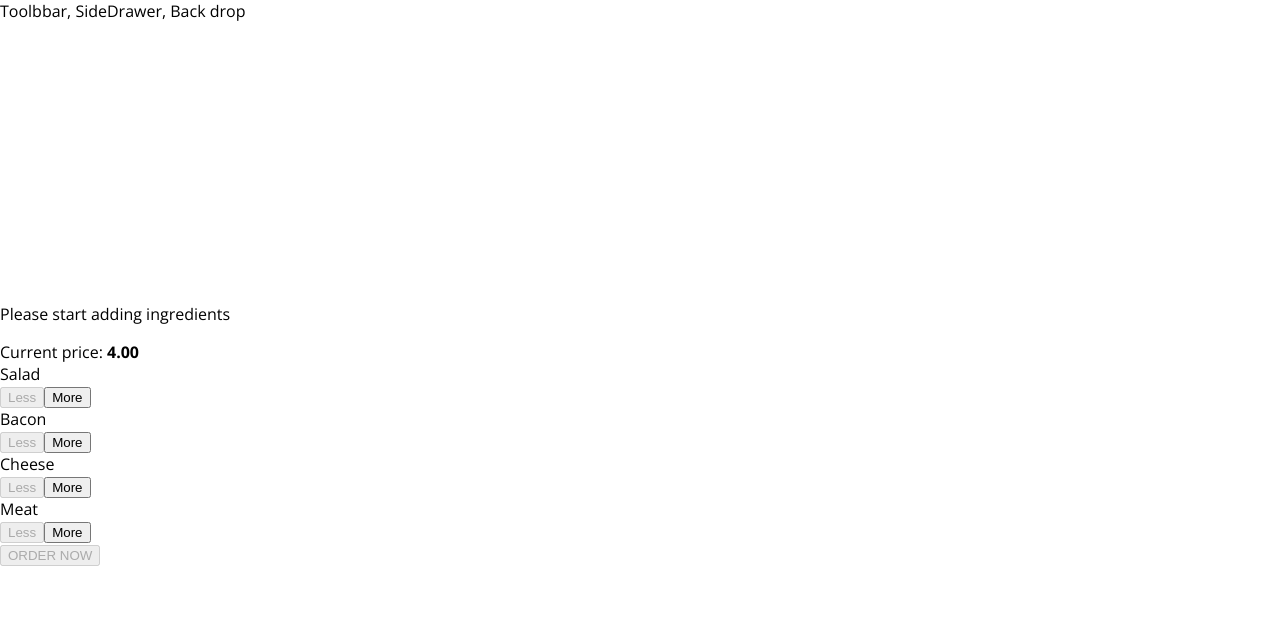
Repository: dunbom6612/burger-builder-app
Page: /checkout/contact-data
These files come from the project's save history. The page is drawn as it stood at one moment and after the next save; the edit follows.
The browser window is 1280 px wide. The pictures show the whole page.
The project was rebuilt for these pictures with package versions that can differ from the ones it lists, and the page was loaded fresh each time. Also part of the build but not shown: src/components/Layout/Layout.css, src/components/Burger/Burgeringredient/Burgeringredient.css, src/components/Burger/Burger.css, src/components/BuildControls/BuildControls.css, src/components/BuildControls/BuildControl/BuildControl.css, src/components/UI/Modal/Modal.css, src/components/UI/Backdrop/Backdrop.css, src/components/UI/Backdrop/Backdrop.js and 1 more.

Above is the page before, as saved 2020-08-01 10:14:18.

### public/index.html
<!DOCTYPE html>
<html lang="en">
  <head>
    <meta charset="utf-8">
    <meta name="viewport" content="width=device-width, initial-scale=1, shrink-to-fit=no">
    <meta name="theme-color" content="#000000">
    <!--
      manifest.json provides metadata used when your web app is added to the
      homescreen on Android. See https://developers.google.com/web/fundamentals/engage-and-retain/web-app-manifest/
    -->
    <link rel="manifest" href="%PUBLIC_URL%/manifest.json">
    <link rel="shortcut icon" href="%PUBLIC_URL%/favicon.ico">
    <!--
      Notice the use of %PUBLIC_URL% in the tags above.
      It will be replaced with the URL of the `public` folder during the build.
      Only files inside the `public` folder can be referenced from the HTML.

      Unlike "/favicon.ico" or "favicon.ico", "%PUBLIC_URL%/favicon.ico" will
      work correctly both with client-side routing and a non-root public URL.
      Learn how to configure a non-root public URL by running `npm run build`.
    -->
    <link href="https://fonts.googleapis.com/css2?family=Open+Sans:wght@400;700&display=swap" rel="stylesheet">
    <title>Huy Burger</title>
  </head>
  <body>
    <noscript>
      You need to enable JavaScript to run this app.
    </noscript>
    <div id="root"></div>
    <!--
      This HTML file is a template.
      If you open it directly in the browser, you will see an empty page.

      You can add webfonts, meta tags, or analytics to this file.
      The build step will place the bundled scripts into the <body> tag.

      To begin the development, run `npm start` or `yarn start`.
      To create a production bundle, use `npm run build` or `yarn build`.
    -->
  </body>
</html>

### src/App.js
import React, { Component } from 'react';
import Layout from './components/Layout/Layout';
import BurgerBuilder from './containers/BurgerBuilder/BurgerBuilder';

class App extends Component {
  render() {
    return (
      <div className="App">
        <Layout>
          <BurgerBuilder />
        </Layout>
      </div>
    );
  }
}

export default App;

### src/components/Layout/Layout.js
import React from "react";
import Aux from "../../hoc/Aux";
import classes from './Layout.css'

const layout = (props) => (
  <Aux>
    <div>Toolbbar, SideDrawer, Back drop</div>
    <main className={classes.Content}>{props.children}</main>
  </Aux>
);

export default layout;

### src/containers/BurgerBuilder/BurgerBuilder.js
import React, { Component } from "react";
import Aux from "../../hoc/Aux";
import Burger from "../../components/Burger/Burger";
import BuildControls from "../../components/BuildControls/BuildControls";
import Modal from '../../components/UI/Modal/Modal';
import OrderSummary from '../../components/Burger/OrderSummary/OrderSummary'

const INGREDIENT_PRICES = {
  salad: 0.5,
  cheese: 0.4,
  meat: 1.3,
  bacon: 0.7,
};
class BurgerBuilder extends Component {
  state = {
    ingredients: {
      salad: 0,
      bacon: 0,
      cheese: 0,
      meat: 0,
    },
    totalPrice: 4,
    purchasable: false,
    purchasing: false
  };

  updatePurchaseState(ingredients) {
    const sum = Object.keys(ingredients).map(igKey => {
      return ingredients[igKey]
    }).reduce((sum,el) => {
      return sum + el
    },0);
    this.setState({purchasable: sum > 0 });
  }

  addIngredientHandler = (type) => {
    const oldCount = this.state.ingredients[type];
    const updatedCount = oldCount + 1;
    const updateIngredients = {
      ...this.state.ingredients,
    };
    updateIngredients[type] = updatedCount;
    const priceAddition = INGREDIENT_PRICES[type];
    const oldPrice = this.state.totalPrice;
    const newPrice = oldPrice + priceAddition;
    this.setState({ totalPrice: newPrice, ingredients: updateIngredients });
    this.updatePurchaseState(updateIngredients);
  };

  removeIngredientHandler = (type) => {
    const oldCount = this.state.ingredients[type];
    if(oldCount <= 0){
        return;
    }
    const updatedCount = oldCount - 1 ;
    const updateIngredients = {
      ...this.state.ingredients,
    };
    updateIngredients[type] = updatedCount;
    const priceDeduction = INGREDIENT_PRICES[type];
    const oldPrice = this.state.totalPrice;
    const newPrice =
      oldPrice > priceDeduction ? oldPrice - priceDeduction : oldPrice;
    this.setState({ totalPrice: newPrice, ingredients: updateIngredients });
    this.updatePurchaseState(updateIngredients);
  };

  purchaseHandler = () => {
    this.setState({
      purchasing: true
    })
  }

  purchaseCancelHandler = () => {
    this.setState({purchasing: false});
  }

  purchaseContinueHandler = () => {
    alert('You continue!');
  }

  render() {
      const disabledInfo = {
          ...this.state.ingredients
      };
      for (let key in disabledInfo) {
          disabledInfo[key] = disabledInfo[key] <= 0
      }
    return (
      <Aux>
        <Modal show={this.state.purchasing} modalClosed={this.purchaseCancelHandler}>
          <OrderSummary ingredients={this.state.ingredients}
          price={this.state.totalPrice}
          purchaseCancelled={this.purchaseCancelHandler}
          purchaseContinued={this.purchaseContinueHandler}
          />
        </Modal>
        <Burger ingredients={this.state.ingredients} />
        <BuildControls
          ingredientAdded={this.addIngredientHandler}
          ingredientRemoved={this.removeIngredientHandler}
          price={this.state.totalPrice}
          ordered={this.purchaseHandler}
          purchasable={this.state.purchasable}
          disabled={disabledInfo}

        />
      </Aux>
    );
  }
}

export default BurgerBuilder;

### src/components/Burger/Burger.js
import React from 'react'
import BurgerIngredient from './Burgeringredient/Burgeringredient'
import classes from './Burger.css'

const burger = (props) => {
    let transformedIngredient = Object.keys(props.ingredients).map(igKey => {
        return [...Array(props.ingredients[igKey])].map((_,i) => {
           return  <BurgerIngredient key={igKey + i} type={igKey} />
        });
    }).reduce((arr, el) => {
        return arr.concat(el);
    }, []);
    if(transformedIngredient.length === 0 ){
        transformedIngredient = <p> Please start adding ingredients</p>;
    }
    return (
        <div className={classes.Burger}>
            <BurgerIngredient type='bread-top'/>
            {transformedIngredient}
            <BurgerIngredient type='bread-bottom'/>
        </div>
    );


}

export default burger;

### src/components/BuildControls/BuildControls.js
import React from "react";
import classes from "./BuildControls.css";
import BuildControl from "./BuildControl/BuildControl";

const controls = [
  { label: "Salad", type: "salad" },
  { label: "Bacon", type: "bacon" },
  { label: "Cheese", type: "cheese" },
  { label: "Meat", type: "meat" },
];
const buildControls = (props) => (
  <div className={classes.BuildControls}>
    <div>
      Current price: <strong>{props.price.toFixed(2)}</strong>
    </div>
    {controls.map((ctrl) => (
      <BuildControl
        key={ctrl.label}
        label={ctrl.label}
        added={() => props.ingredientAdded(ctrl.type)}
        removed={() => props.ingredientRemoved(ctrl.type)}
        disabled={props.disabled[ctrl.type]}
      />
    ))}
    <button className={classes.OrderButton} disabled={!props.purchasable} onClick={props.ordered}>
       ORDER NOW</button>
  </div>
);

export default buildControls;

### src/components/UI/Modal/Modal.js
import React from "react";
import classes from "./Modal.css";
import Aux from "../../../hoc/Aux";
import Backdrop from "../Backdrop/Backdrop";

const modal = (props) => (
  <Aux>
    <Backdrop show={props.show} clicked={props.modalClosed} />
    <div
      className={classes.Modal}
      style={{
        transform: props.show ? "translateY(0)" : "translateY(-100vh)",
        opacity: props.show ? "1" : "0",
      }}
    >
      {props.children}
    </div>
  </Aux>
);

export default modal;

### src/components/Burger/OrderSummary/OrderSummary.js
import React from "react";
import Aux from "../../../hoc/Aux";
import Button from "../../UI/Button/Button"

const orderSummary = (props) => {
  const ingredientSummary = Object.keys(props.ingredients).map((igKey) => {
    return (
      <li key={igKey}>
        <span style={{ textTransform: "capitalize" }}>{igKey}</span>:
        {props.ingredients[igKey]}
      </li>
    );
  });
  return (
    <Aux>
      <h3>Your Order</h3>
      <p>A delicious burger with the following ingredients:</p>
      <ul>{ingredientSummary}</ul>
      <p>Continue to checkout?</p>
      <Button btnType="Danger" clicked={props.purchaseCancelled}>CANCEL</Button>
      <Button btnType="Success" clicked={props.purchaseContinued}>CONTINUE</Button>
    </Aux>
  );
};

export default orderSummary;

### src/components/Burger/Burgeringredient/Burgeringredient.js
import React, { Component } from "react";
import PropTypes from "prop-types";
import classes from "./Burgeringredient.css";

class BurgerIngredient extends Component {
  render() {
    let ingredient = null;

    switch (this.props.type) {
      case "bread-bottom":
        ingredient = <div className={classes.BreadBottom}></div>;
        break;
      case "bread-top":
        ingredient = (
          <div className={classes.BreadTop}>
            <div className={classes.Seeds1}></div>
            <div className={classes.Seeds2}></div>
          </div>
        );
        break;
      case "meat":
        ingredient = <div className={classes.Meat}></div>;
        break;
      case "cheese":
        ingredient = <div className={classes.Cheese}></div>;
        break;
      case "bacon":
        ingredient = <div className={classes.Bacon}></div>;
        break;
      case "salad":
        ingredient = <div className={classes.Salad}></div>;
        break;
      default:
        ingredient = null;
    }

    return ingredient;
  }
}

BurgerIngredient.propTypes = {
  type: PropTypes.string.isRequired,
};

export default BurgerIngredient;

### src/components/BuildControls/BuildControl/BuildControl.js
import React from "react";
import classes from './BuildControl.css';



const buildControl = (props) => (
    <div className={classes.BuildControl}>
        <div className={classes.Label}>{props.label}</div>
        <button className={classes.Less} onClick={props.removed} disabled={props.disabled}>Less</button>
        <button className={classes.More} onClick={props.added}>More</button>
    </div>
);

export default buildControl;

### src/components/UI/Button/Button.js
import React from "react";
import classes from './Button.css'

const button = (props) => (
  <button className={[classes.Button, classes[props.btnType]].join(' ')}
    onClick={props.clicked}>{props.children}</button>
);

export default button;

Loaded but not shown: src/index.js (common file); src/index.css (common file); src/registerServiceWorker.js (common file); src/hoc/Aux.js (common file)

After the next save:
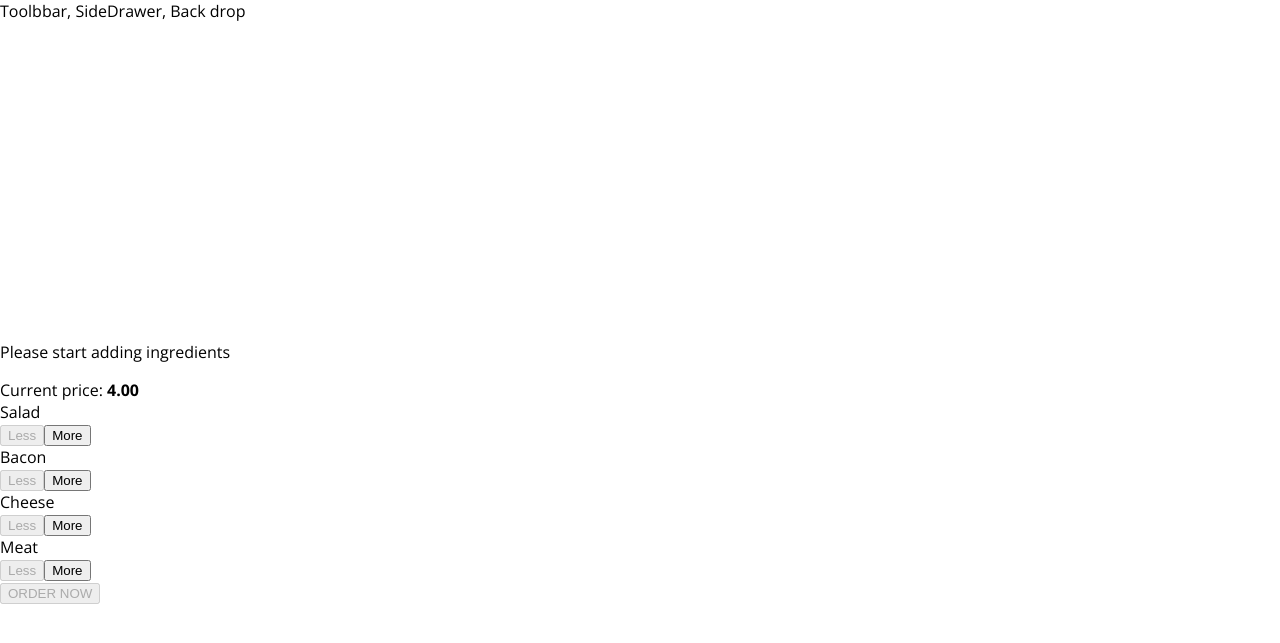
Saved 30 s later.
--- a/src/components/Burger/OrderSummary/OrderSummary.js
+++ b/src/components/Burger/OrderSummary/OrderSummary.js
@@ -1,6 +1,6 @@
 import React from "react";
 import Aux from "../../../hoc/Aux";
-import Button from "../../UI/Button/Button"
+import Button from "../../UI/Button/Button";
 
 const orderSummary = (props) => {
   const ingredientSummary = Object.keys(props.ingredients).map((igKey) => {
@@ -16,9 +16,16 @@ const orderSummary = (props) => {
       <h3>Your Order</h3>
       <p>A delicious burger with the following ingredients:</p>
       <ul>{ingredientSummary}</ul>
+      <p>
+        <strong>Total Price:{props.price.toFixed(2)}</strong>
+      </p>
       <p>Continue to checkout?</p>
-      <Button btnType="Danger" clicked={props.purchaseCancelled}>CANCEL</Button>
-      <Button btnType="Success" clicked={props.purchaseContinued}>CONTINUE</Button>
+      <Button btnType="Danger" clicked={props.purchaseCancelled}>
+        CANCEL
+      </Button>
+      <Button btnType="Success" clicked={props.purchaseContinued}>
+        CONTINUE
+      </Button>
     </Aux>
   );
 };
